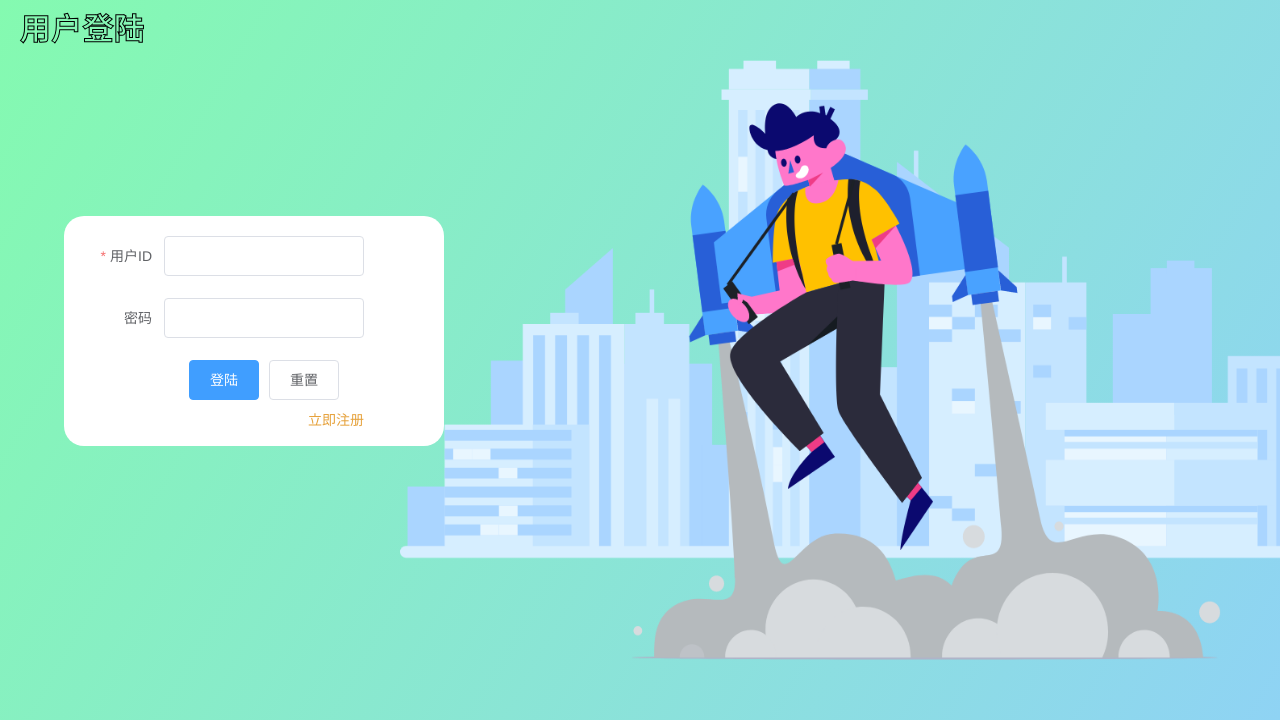
Repository: Akron-xz/helloVue
Page: /#/userLogin (app in vue-library/)
These files come from the project's save history. The page is drawn as it stood at one moment and after the next save; the edit follows.
The browser window is 1280 px wide. The pictures show the whole page.
The project was rebuilt for these pictures with package versions that can differ from the ones it lists, and the page was loaded fresh each time. Also part of the build but not shown: vue-library/src/views/Home.vue.

Above is the page before, as saved 2020-11-24 10:35:49.

### vue-library/src/main.js
import Vue from 'vue'
import App from './App.vue'
import ElementUI from 'element-ui';
import 'element-ui/lib/theme-chalk/index.css';
import axios from "axios"
import router from './router'
import Router from 'vue-router'

const routerPush = Router.prototype.push
Router.prototype.push = function push(location) {
    return routerPush.call(this, location).catch(error => error)
}

Vue.config.productionTip = false
Vue.use(ElementUI);
Vue.prototype.$axios = axios;


new Vue({
    router,
    render: h => h(App)
}).$mount('#app')

### vue-library/src/router/index.js
import Vue from 'vue'
import VueRouter from 'vue-router'
import Home from '../views/Home.vue'


Vue.use(VueRouter)

const routes = [{
        path: '/',
        name: 'Home',
        component: Home
    },
    {
        path: '/about',
        name: 'About',
        // route level code-splitting
        // this generates a separate chunk (about.[hash].js) for this route
        // which is lazy-loaded when the route is visited.
        component: () =>
            import ( /* webpackChunkName: "about" */ '../views/About.vue')
    },
    {
        path: '/admin',
        name: 'Admin',
        // route level code-splitting
        // this generates a separate chunk (about.[hash].js) for this route
        // which is lazy-loaded when the route is visited.
        component: () =>
            import ( /* webpackChunkName: "about" */ '../views/Administrator.vue')
    },
    {
        path: "/userLogin",
        name: "UserLogin",
        component: () =>
            import ('../views/UserLogin.vue')
    },
    {
        path: "/user",
        name: "User",
        component: () =>
            import ( /* webpackChunkName: "about" */ '../views/User.vue')
    },
    {
        path: "/signup",
        name: "SignUp",
        component: () =>
            import ('../views/SignUp.vue')
    },
    {
        path: "/adminmain",
        name: "AdminMain",
        component: () =>
            import ('../views/AdminMain.vue')
    },
    {

        path: "/MyInformation",
        name: "MyInformation",
        component: () =>
            import ('../views/MyInformation.vue')
    },
    {
        path: "/library",
        name: "Library",
        component: () =>
            import ( /* webpackChunkName: "about" */ '../views/Library.vue')

    },
    {
        path: "/modifymsg",
        name: "ModifyMsg",
        component: () =>
            import ('../views/ModifyMsg.vue')
    },
    {
        path: "/borrowhistory",
        name: "BorrowHistory",
        component: () =>
            import ('../views/BorrowHistory.vue')
    },
    {
        path: "/newissue",
        name: "NewIssue",
        component: () =>
            import ('../views/NewIssue.vue')
    },
    {
        path: "/booksearch",
        name: "BookSearch",
        component: () =>
            import ('../views/BookSearch.vue')
    },
    {
        path: "/MyBookshelves",
        name: "MyBookshelves",
        component: () =>
            import ('../views/MyBookshelves.vue')
    },
    {
        path: "/modifyAnnounce",
        name: "ModifyAnnounce",
        component: () =>
            import ('../views/ModifyAnnounce.vue')
    },
    {
        path: "/statistics",
        name: "Statistics",
        component: () =>
            import ('../views/Statistics.vue')
    },


]

const router = new VueRouter({
    routes
})

export default router

### vue-library/src/views/UserLogin.vue
<template>
<div  class="login-container">
      <!-- need to change (fixed)-->

      <el-header>用户登陆</el-header>
      <div class="loginBox">
        <el-form :model="ruleForm" :rules="rules" ref="ruleForm" label-width="100px" class="demo-ruleForm">
          <el-form-item label="用户ID" prop="userId">
            <el-input v-model="ruleForm.userId"></el-input>
          </el-form-item>
          <el-form-item label="密码" prop="password">
            <el-input v-model="ruleForm.password" type="password"></el-input>
        </el-form-item>
        <el-form-item>
          <el-button type="primary" @click="submitForm('ruleForm')">登陆</el-button>
          <el-button @click="resetForm('ruleForm')">重置</el-button>
          <el-link type="warning" @click="toSignUp">立即注册</el-link>
        </el-form-item>
      </el-form>
    </div>
    <div class="img">
    <img src="/img/loginImg.png" alt="" class="loginImg">
    </div>

      <!-- <div class="loginBox">
        <el-form :model="ruleForm" :rules="rules" ref="ruleForm" label-width="100px" class="demo-ruleForm">
          <el-form-item label="用户名" prop="username">
            <el-input v-model="ruleForm.username"></el-input>
          </el-form-item>
          <el-form-item label="密码" prop="password">
           <el-input v-model="ruleForm.password" type="password"
              oncopy="return false"
              onpaste="return false"
              oncut="return false"></el-input>
          </el-form-item>
          <el-form-item>
            <el-button type="primary" @click="submitForm('ruleForm')">登陆</el-button>
            <el-button @click="resetForm('ruleForm')">重置</el-button>
          </el-form-item>
        </el-form>
      </div> -->

</div>
</template>


<script>
import axios from "axios"
export default {
    data() {
      var validatePass = (rule, value, callback) => {
        if (value === '') {
          callback(new Error('请输入密码'));
        } else {
          callback();
        }
      };

    return {
          ruleForm: {
          userId: '',
          password:'',
        },

        user:[],

        rules:{
            userId:[
                { required: true, message: '请输入用户ID', trigger: 'blur'}
            ],

             password: [
            { validator: validatePass, trigger: 'blur' },
            { min: 8, max: 24,message: '长度应在 8 到 24 个字符', trigger: 'blur'}
          ],
        },
    };


    },
      methods: {
      //用户登录
      submitForm(formName) {
        this.$refs[formName].validate((valid) => {
          if (valid) {
            axios({
              method:"post",
              url:"http://localhost:8081/login",
              params : {
                id : parseInt(this.ruleForm.userId),
                password : this.ruleForm.password,
              }
            }).then(res=>{
              // 获取后台返回的数据
              // 若有就得到json，若无就得到空
              this.user = res.data;
              console.log(this.user);

              // 结果是undefined
              // 应该是数组的大小被改变后length就为undefined
              console.log(this.user.length);

              if (this.user) {
                console.log("登陆成功");
                // session保存登录的用户信息
                sessionStorage.setItem("userSession", JSON.stringify(this.user));
                // console.log(JSON.parse(sessionStorage.getItem("userSession")));

                // 路由跳转
                this.$router.push({path:'/user'});

              } else {
                this.$message({
                  message: '登录失败！请检查你的账号和密码是否正确。',
                  type: 'error'
                });
                this.ruleForm.userId = "";
                this.ruleForm.password = "";
              }
            })
          } else {
            console.log('错误的表单提交');
            return false;
          }
        });
      },
      resetForm(formName) {
        this.$refs[formName].resetFields();
      },
      toSignUp(){
            this.$router.push({path:'/SignUp'})
      },
    }

}
</script>

<style scoped>
.login-container{
    position: fixed;
    display: flex;
    flex-direction: column;
    left: 0;
    top:0;
    width: 100%;
    height: 100%;
    background-repeat: no-repeat;
    background-size: 100%;
    background-image: linear-gradient(120deg, #84fab0 0%, #8fd3f4 100%);
}
.demo-ruleForm{
        position: absolute;
        top: 20px;
        width: 300px;
        height: 50px;
 }

.el-header {
    text-align: left;
    line-height: 60px;
    font-weight: 1000;
    font-size: 30px;
    color: transparent;
   -webkit-text-stroke: 1px black;
    letter-spacing: 0.04em;
  }

.loginBox{
  position: absolute;
  top: 30%;
  left: 5%;
  width: 380px;
  height: 230px;
  border-radius: 20px;
  background: white;
}

.el-link{
  float: right;
}

.img{
  margin-left: 100px;
  height: 100px;
  width: 1000px;
}

.loginImg{
  margin-left: 300px;
  height: 600px;
  width: 1000px;
}
</style>

Loaded but not shown: vue-library/public/index.html (common file); vue-library/src/App.vue (common file)

After the next save:
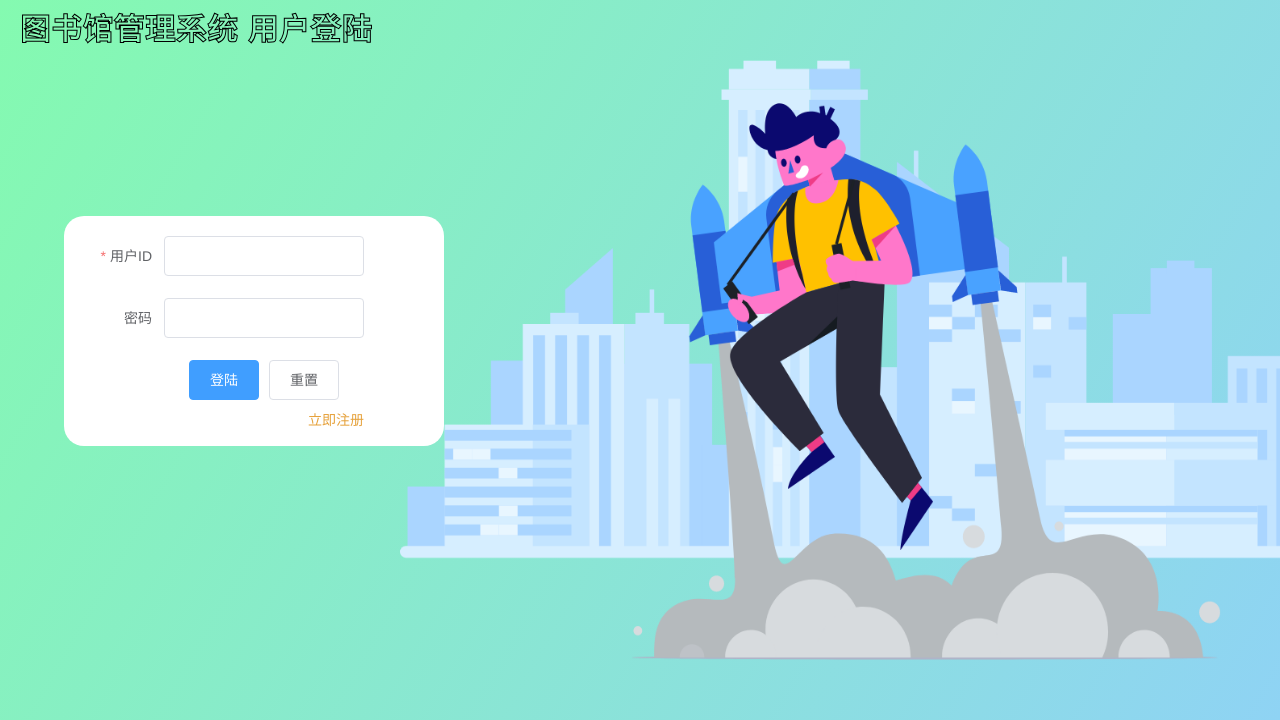
Saved 2 min 16 s later.
--- a/vue-library/src/views/UserLogin.vue
+++ b/vue-library/src/views/UserLogin.vue
@@ -2,7 +2,7 @@
 <div  class="login-container">
       <!-- need to change (fixed)-->
 
-      <el-header>用户登陆</el-header>
+      <el-header>图书馆管理系统  用户登陆</el-header>
       <div class="loginBox">
         <el-form :model="ruleForm" :rules="rules" ref="ruleForm" label-width="100px" class="demo-ruleForm">
           <el-form-item label="用户ID" prop="userId">
@@ -66,7 +66,7 @@ export default {
 
         rules:{
             userId:[
-                { required: true, message: '请输入用户ID', trigger: 'blur'}
+                { required: true, message: '请输入用户名', trigger: 'blur'}
             ],
 
              password: [
